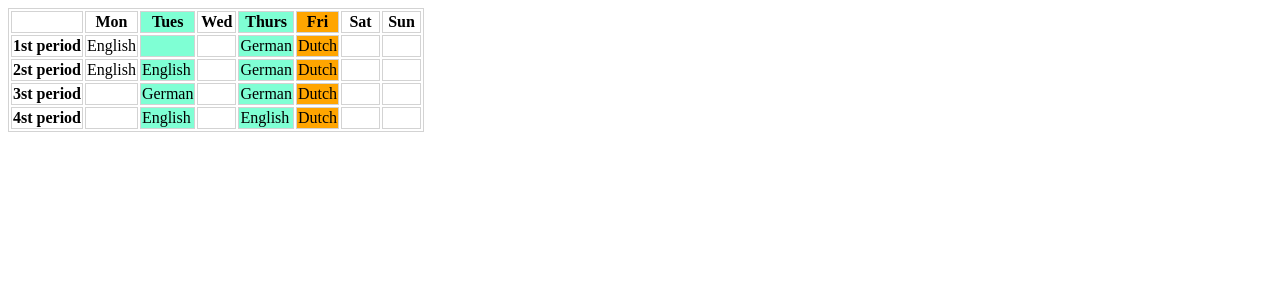
Repository: lidwan/dotfiles
Page: tmp/smthn.html
These files come from the project's save history. The page is drawn as it stood at one moment and after the next save; the edit follows.
The browser window is 1280 px wide. The pictures show the whole page.

Above is the page before, as saved 2024-08-18 11:27:51.

### tmp/smthn.html
<!DOCTYPE html>
<html lang="en">
<head>
    <meta charset="UTF-8">
    <meta name="viewport" content="width=device-width, initial-scale=1.0">
    <title>School timetable</title>
    <link rel="stylesheet" href="styles.css">
</head>
<body>
    <table>
        <colgroup>
            <col>
            <col>
            <col style="background-color: aquamarine;">
            <col>
            <col style="background-color: aquamarine;">
            <col style="background-color: orange; border: 3px solid red;">
            <col>
            <col>
        </colgroup>
        <tr>
            <th> </th>
            <th>Mon</th>
            <th>Tues</th>
            <th>Wed</th>
            <th>Thurs</th>
            <th>Fri</th>
            <th>Sat</th>
            <th>Sun</th>
        </tr>
        <tr>
            <th>1st period</th>
            <td>English</td>
            <td></td>
            <td></td>
            <td>German</td>
            <td>Dutch</td>
            <td></td>
            <td></td>
        </tr>
        <tr>
            <th>2st period</th>
            <td>English</td>
            <td>English</td>
            <td></td>
            <td>German</td>
            <td>Dutch</td>
            <td></td>
            <td></td>
        </tr>
        <tr>
            <th>3st period</th>
            <td></td>
            <td>German</td>
            <td></td>
            <td>German</td>
            <td>Dutch</td>
            <td></td>
            <td></td>
        </tr>
        <tr>
            <th>4st period</th>
            <td></td>
            <td>English</td>
            <td></td>
            <td>English</td>
            <td>Dutch</td>
            <td></td>
            <td></td>
        </tr>
    </table>
</body>
</html>

### tmp/styles.css
table,
th,
td {
    border: 1px solid lightgray;
    min-width: 35px;
}

After the next save:
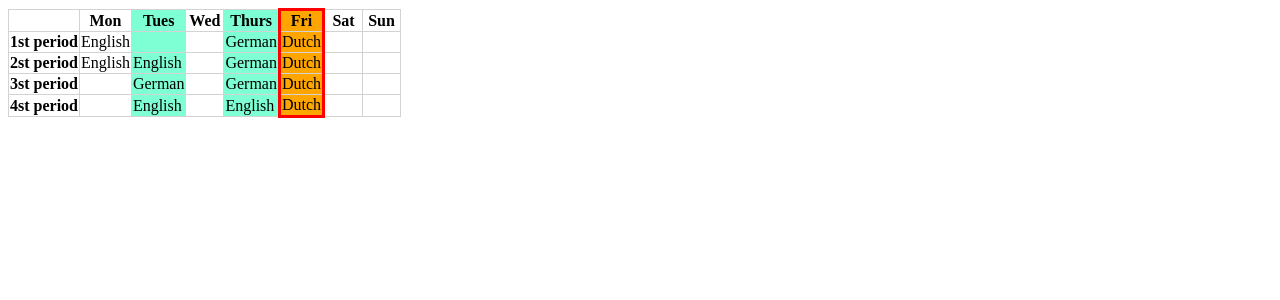
Saved 50 s later.
--- a/tmp/styles.css
+++ b/tmp/styles.css
@@ -4,3 +4,6 @@ td {
     border: 1px solid lightgray;
     min-width: 35px;
 }
+table {
+    border-collapse: collapse;
+}
